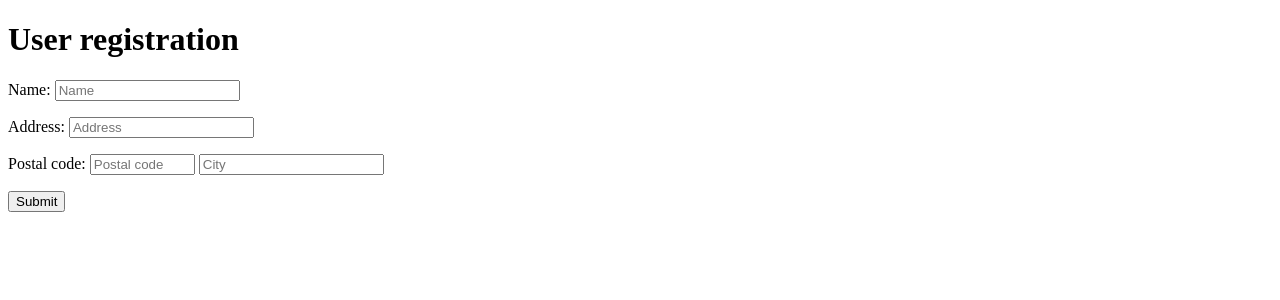
Repository: Filip-Husic/AW_frontend
Page: ex3Forms.html
These files come from the project's save history. The page is drawn as it stood at one moment and after a run of saves; the edit follows.
The browser window is 1280 px wide. The pictures show the whole page.

Above is the page before, as saved 2022-11-23 11:32:02.

After the next 2 saves:
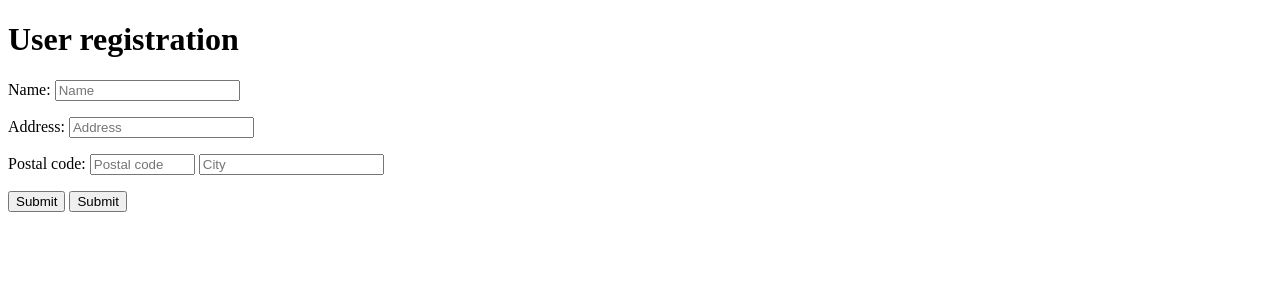
The 2 saves are shown as one change because they came seconds apart.
The last was saved 9 s later.
--- a/ex3Forms.html
+++ b/ex3Forms.html
@@ -23,6 +23,8 @@
             <input type="text" id="pc_city" name="pc_city" size="20" maxlength="20" placeholder="City" required>
         </p>
         <button type="submit">Submit</button>
+        <button type="reset">Submit</button>
+
 
     </form>
 </body>
